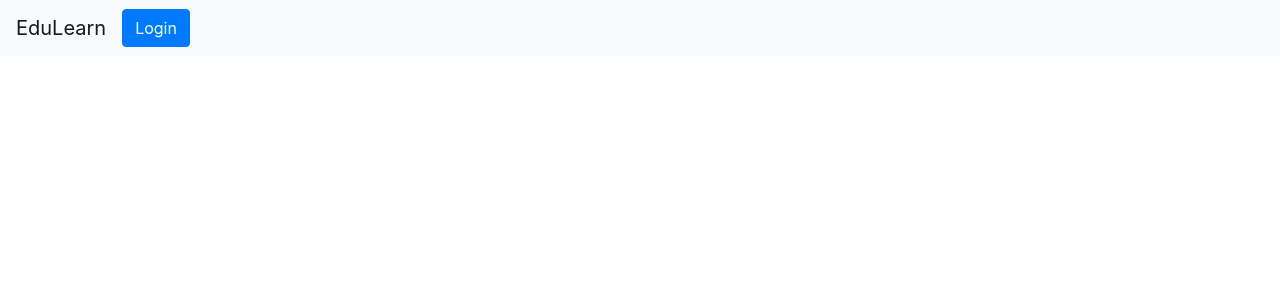
Repository: Amerendra363/Globallogic
Page: Hello/src/main/webapp/index.html
An editor plug-in stored every save of this project. The page is shown before and after the next save, followed by the edit.
The browser window is 1280 px wide. The pictures show the whole page.

Above is the page before, as saved 2022-08-03 08:42:46.

### Hello/src/main/webapp/index.html
<!DOCTYPE html>
<html lang="en">
<head>
<meta charset="ISO-8859-1">
<title>EDU Learn</title>
<link rel="stylesheet" type="text/css"href="idexcss.css">
<link rel="stylesheet" href="https://cdn.jsdelivr.net/npm/bootstrap@4.6.1/dist/css/bootstrap.min.css">

<!-- jQuery library -->
<script src="https://cdn.jsdelivr.net/npm/jquery@3.6.0/dist/jquery.slim.min.js"></script>

<!-- Popper JS -->
<script src="https://cdn.jsdelivr.net/npm/popper.js@1.16.1/dist/umd/popper.min.js"></script>

<!-- Latest compiled JavaScript -->
<script src="https://cdn.jsdelivr.net/npm/bootstrap@4.6.1/dist/js/bootstrap.bundle.min.js"></script>
<link rel="stylesheet" href="https://cdn.jsdelivr.net/npm/bootstrap@4.0.0/dist/css/bootstrap.min.css" integrity="sha384-Gn5384xqQ1aoWXA+058RXPxPg6fy4IWvTNh0E263XmFcJlSAwiGgFAW/dAiS6JXm" crossorigin="anonymous">
</head>
<body>
<nav class="navbar navbar-expand-lg navbar-light bg-light">
  <a class="navbar-brand" href="#">EduLearn</a>
  <button class="navbar-toggler" type="button" data-toggle="collapse" data-target="#navbarSupportedContent" aria-controls="navbarSupportedContent" aria-expanded="false" aria-label="Toggle navigation">
    <span class="navbar-toggler-icon"></span>
  </button>

  <div class="collapse navbar-collapse" id="navbarSupportedContent">
    <ul class="navbar-nav mr-auto">
      <li class="nav-item active">


    <div class="text-right">
        <button type="button"  class="btn btn-primary ">Login</button>
    </div>
    </li>
    </ul>

  </div>
</nav>



</body>
</html>

### Hello/src/main/webapp/idexcss.css
@charset "ISO-8859-1";

.navbar-brand{
	margin:0;
	padding :0;
}
.nav-item active
{
	height:100vh;

}
.btn btn-primary
{
	align: c;
}

After the next save:
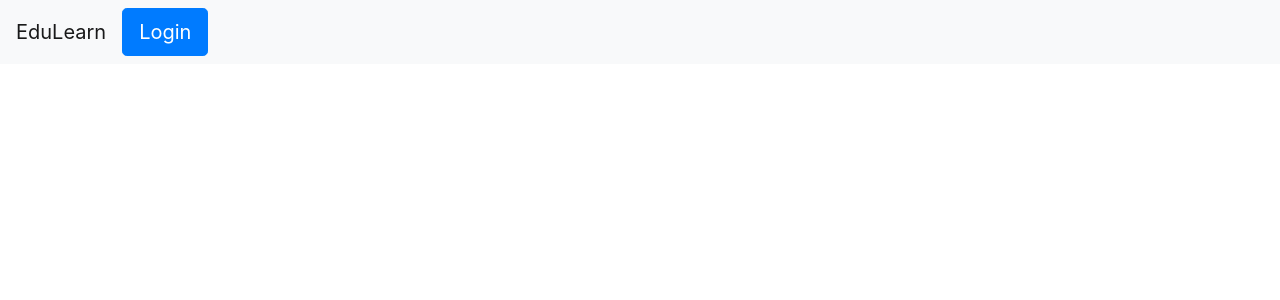
Saved 3 min 19 s later.
--- a/Hello/src/main/webapp/index.html
+++ b/Hello/src/main/webapp/index.html
@@ -26,10 +26,8 @@
   <div class="collapse navbar-collapse" id="navbarSupportedContent">
     <ul class="navbar-nav mr-auto">
       <li class="nav-item active">
-
-
     <div class="text-right">
-        <button type="button"  class="btn btn-primary ">Login</button>
+        <button type="button"  class="btn btn-primary btn-lg float-end">Login</button>
     </div>
     </li>
     </ul>

After the 3 saves that followed:
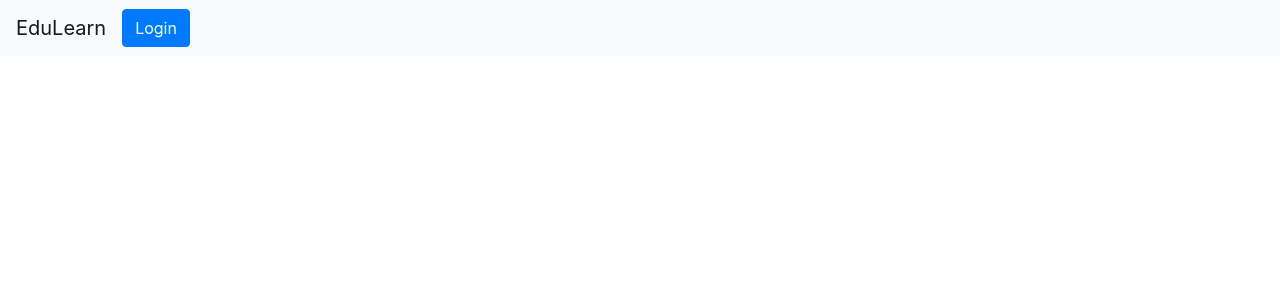
The 3 saves are shown as one change because 2 left the picture as it was.
The last was saved 119 s later.
--- a/Hello/src/main/webapp/index.html
+++ b/Hello/src/main/webapp/index.html
@@ -27,7 +27,7 @@
     <ul class="navbar-nav mr-auto">
       <li class="nav-item active">
     <div class="text-right">
-        <button type="button"  class="btn btn-primary btn-lg float-end">Login</button>
+        <button type="button"  class="btn btn-primary btn-right">Login</button>
     </div>
     </li>
     </ul>
